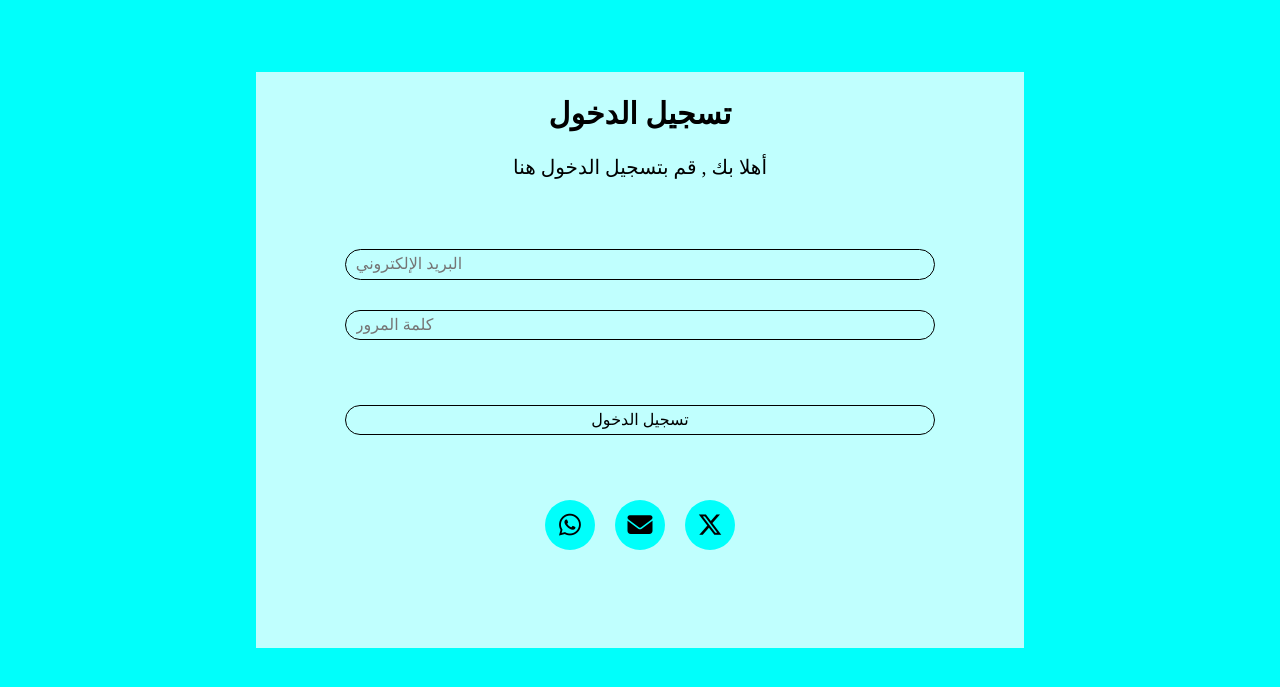
Repository: FaisalFahed/login-page
Page: html/صفحة تسجيل دخول.html
The author's editor kept a copy of each file at every save. The page is drawn from the files as they stood at one save, then again after the next save.
The browser window is 1280 px wide. The pictures show the whole page.
Some web fonts or font styles are not loaded; a fallback is used.

Above is the page before, as saved 2025-04-01 08:51:44.

After the next save:
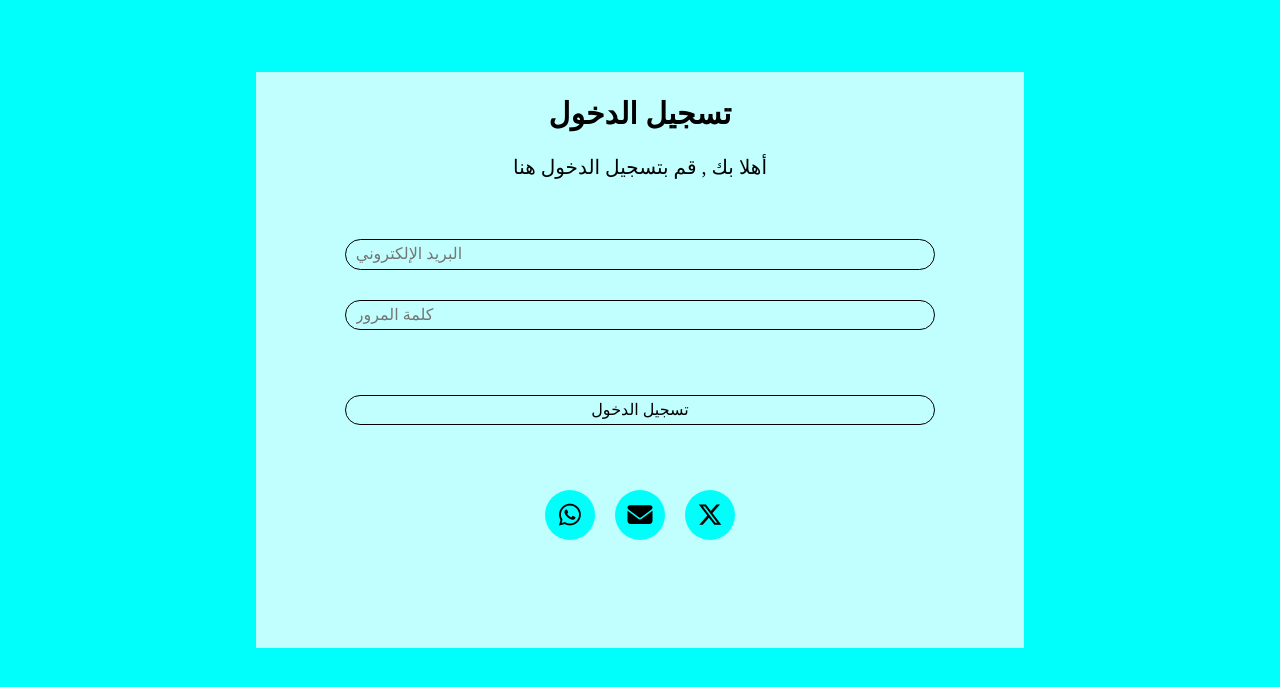
Saved 7 s later.
--- a/css/صفحة تسجيل دخول.css
+++ b/css/صفحة تسجيل دخول.css
@@ -68,7 +68,7 @@ ul{
 }
 
 .log-in input:nth-child(1){
-    margin-top: 50px;
+    margin-top: 40px;
 }
 .log-in input[type="submit"]{
 
